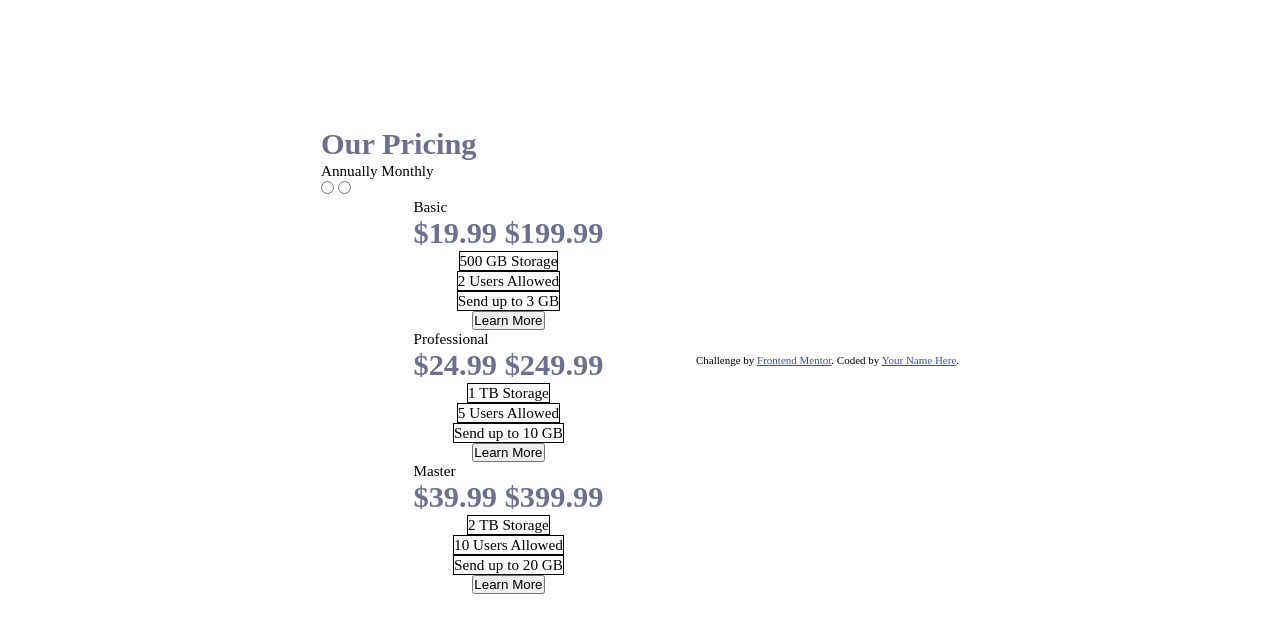
Repository: JuzzJoel/pricing-component-with-toggle-master
Page: index.html
An editor plug-in stored every save of this project. The page is shown before and after the next save, followed by the edit.
The browser window is 1280 px wide. The pictures show the whole page.

Above is the page before, as saved 2025-05-24 08:07:25.

### index.html
<!DOCTYPE html>
<html lang="en">
<head>
  <meta charset="UTF-8">
  <meta name="viewport" content="width=device-width, initial-scale=1.0"> <!-- displays site properly based on user's device -->

  <link rel="icon" type="image/png" sizes="32x32" href="./images/favicon-32x32.png">

  <title>Frontend Mentor | [pricing-component-with-toggle-master]</title>
  <style>
    :root{

--linear-gradient: hsl(236, 72%, 79%) to hsl(237, 63%, 64%);

--clr-pri: hsl(240, 78%, 98%);
--clr-pri-acc: hsl(234, 14%, 74%);
--clr-sec: hsl(233, 13%, 49%);
--clr-sec-acc: hsl(232, 13%, 33%);
    }
*,
*::before,
*::after {
    box-sizing: border-box;
}

* {
    margin: 0;
    padding: 0;
    box-sizing: border-box;
}

    .attribution { font-size: 11px; text-align: center; }
    .attribution a { color: hsl(228, 45%, 44%); }
body{
  font-size: 0.95rem;
width: 100vw;
height: 100vh;
display: flex;
align-items: center;
justify-content: center;
}


.container{
  width: 375px;
  height: auto;

}
  .pricing-header{

  }
  .pricing-header h1{
    color: var(--clr-sec);

  }
    .toggle-box{}

     .toggle-container{}

       .pricing{}

     .toggle-slider{

     }
   .body{

   }
   .content{
    display: flex;
    flex-direction: column;
    justify-content: space-evenly;
   }
   .card-container{
    display: flex;
    flex-direction: column;
    align-items: center;
   }
        .card{
          display: flex;
          flex-direction: column;
          align-items: center;
          width: 90%;
          height: 90%;
        }
          .rows-head{
            height: 35%;
          }

          .rows{
            height: 15%;
            border: 1px solid black;
          }
          .rows-button{
            height: 25%;
          }
  button{
    width: 100%;
    display: flex;
    align-items: center;
    justify-content: center;
  }

          @media(min-width:1440px){
            .content{
              flex-direction: row;
              justify-content: space-between;
             }
          }
  </style>
</head>
<body>



  <div class="container">
    <div class="pricing-header">
      <h1>Our Pricing</h1>
      <div class="toggle-box">
        Annually
        Monthly
        <div class="toggle-container">

          <input type="radio" class="pricing" id="price-annnual">
          <label for=""></label>

          <input type="radio" class="pricing" id="price-month">
          <label for=""></label>

          <div class="toggle-slider"></div>
        </div>
      </div>
      <div class="body">
        <div class="content">
          <div class="card-container">
<div class="card">
            <div class="rows-head">Basic
         <h1>   &dollar;19.99
            &dollar;199.99</h1>
          </div>
            <div class="rows">500 GB Storage</div>
            <div class="rows">2 Users Allowed</div>
            <div class="rows">Send up to 3 GB</div>
            <div class="rows-button"><button>Learn More</button></div>
          </div>
          </div>

          <div class="card-container">
            <div class="card">
            <div class="rows-head">Professional
              <h1>  &dollar;24.99
            &dollar;249.99 </h1>
          </div>
            <div class="rows">1 TB Storage</div>
            <div class="rows">5 Users Allowed</div>
            <div class="rows">Send up to 10 GB</div>
            <div class="rows-button"><button>Learn More</button></div>
          </div>
          </div>
          <div class="card-container">
            <div class="card">
            <div class="rows-head">Master
              <h1>   &dollar;39.99
            &dollar;399.99</h1>
          </div>
            <div class="rows">2 TB Storage</div>
            <div class="rows">10 Users Allowed</div>
            <div class="rows">Send up to 20 GB</div>
            <div class="rows-button"><button>Learn More</button></div>
          </div>
          </div>
        </div>
      </div>
    </div>
  </div>

  <div class="attribution">
    Challenge by <a href="https://www.frontendmentor.io?ref=challenge" target="_blank">Frontend Mentor</a>.
    Coded by <a href="#">Your Name Here</a>.
  </div>
</body>
</html>

After the next save:
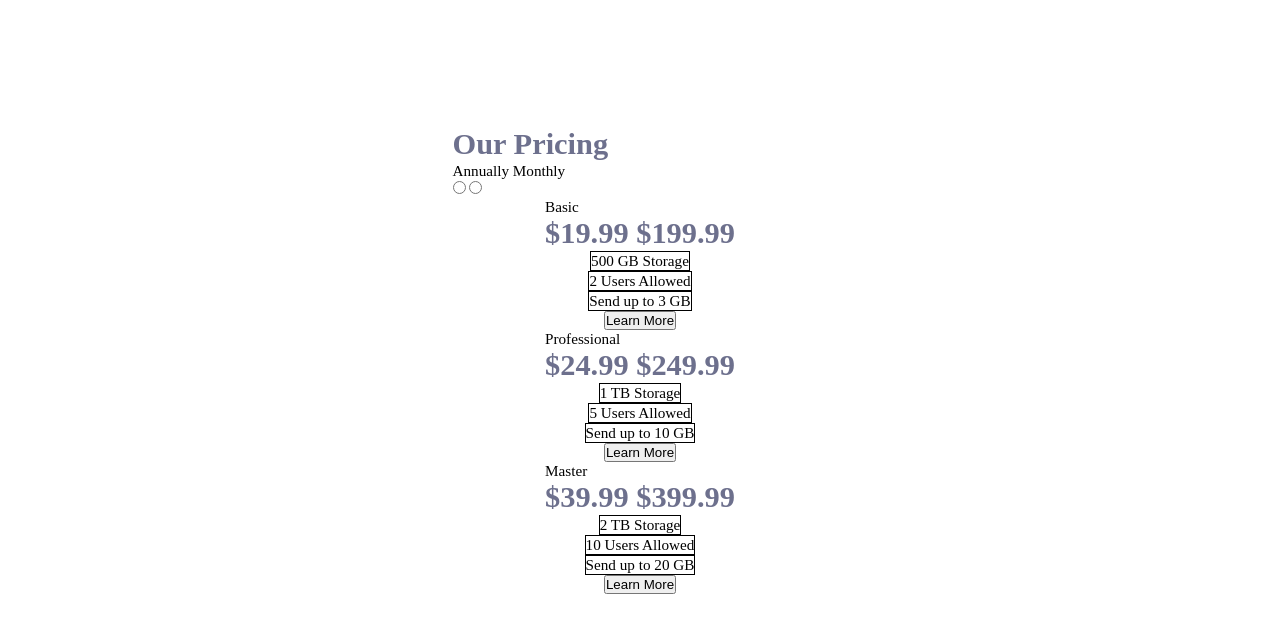
Saved 62 s later.
--- a/index.html
+++ b/index.html
@@ -173,9 +173,6 @@ justify-content: center;
     </div>
   </div>
 
-  <div class="attribution">
-    Challenge by <a href="https://www.frontendmentor.io?ref=challenge" target="_blank">Frontend Mentor</a>.
-    Coded by <a href="#">Your Name Here</a>.
-  </div>
+
 </body>
 </html>
